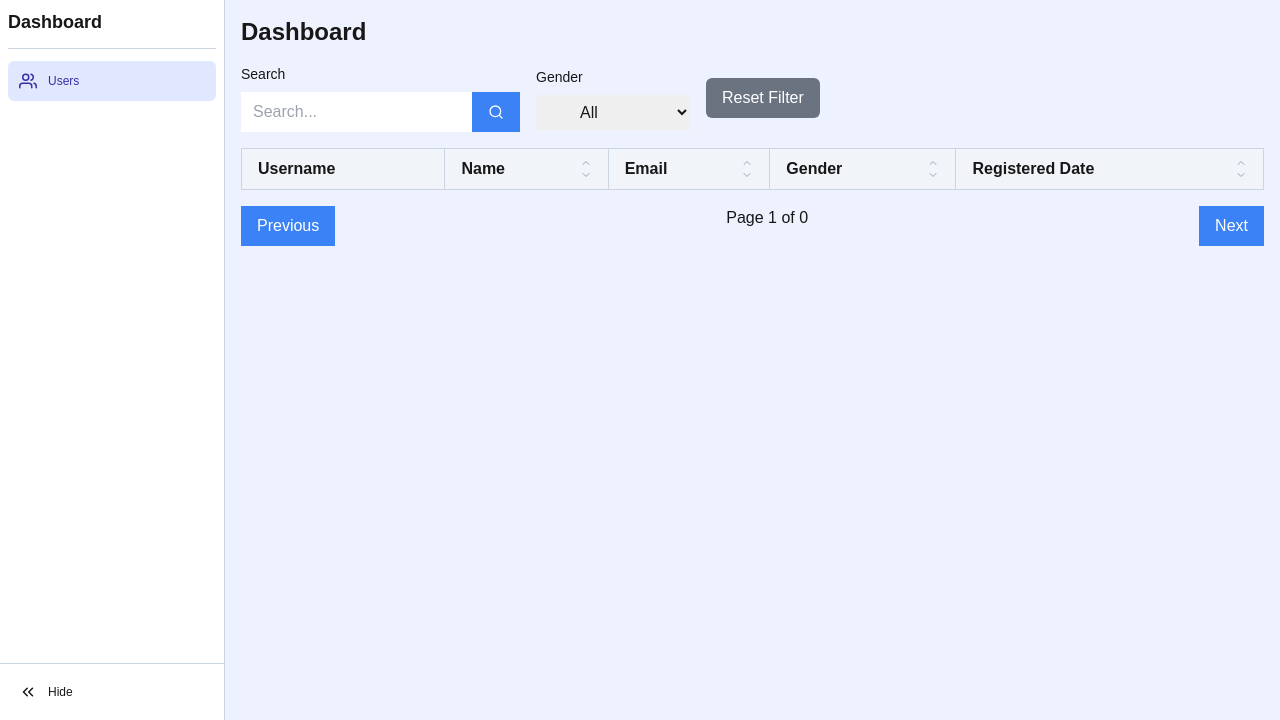
Repository: Ademaulana100499/userdashboard
Page: /
These files come from the project's save history. The page is drawn as it stood at one moment and after the next save; the edit follows.
The browser window is 1280 px wide. The pictures show the whole page.
The page's requests for data from a server got no answer. The project was rebuilt for these pictures with package versions that can differ from the ones it lists, and the page was loaded fresh each time. The framework's server and built-in components were replaced by stand-ins that run in the browser. No one was signed in, and anything a server would have sent is missing. Also part of the build but not shown: next.config.mjs.

Above is the page before, as saved 2025-02-14 21:59:13.

After the next save:
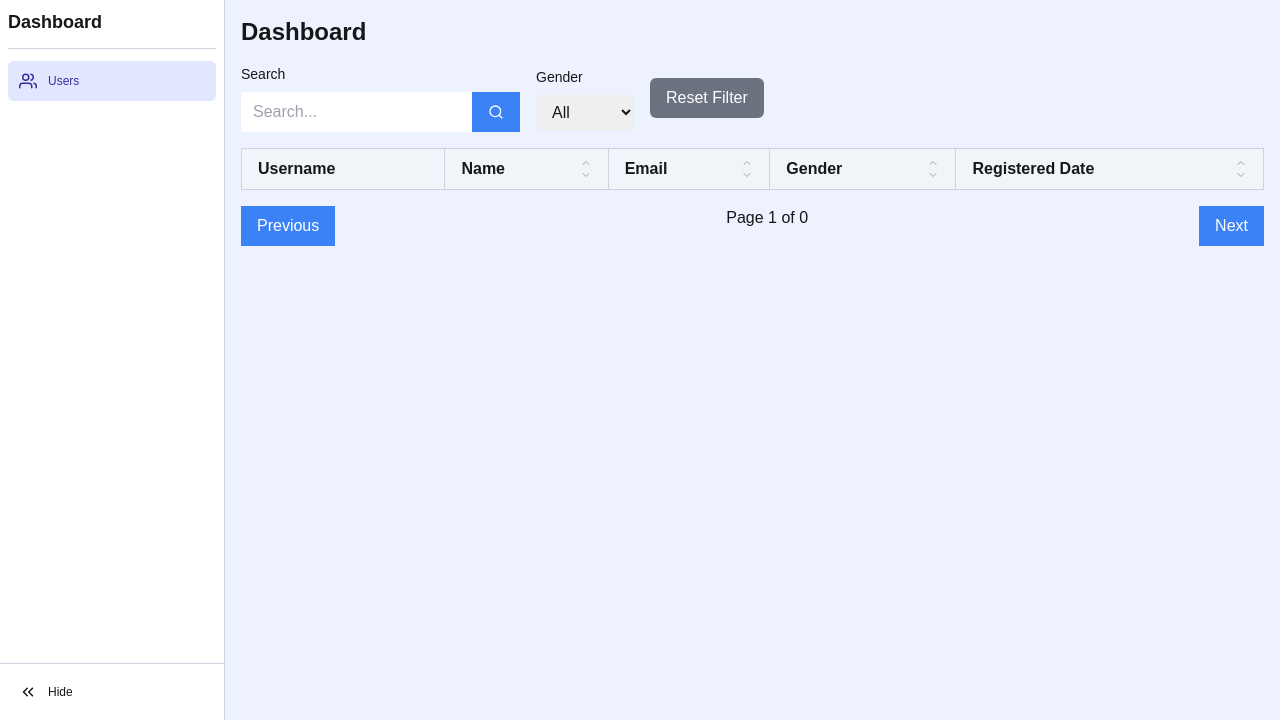
Saved 45 s later.
--- a/src/components/DashboardContent.jsx
+++ b/src/components/DashboardContent.jsx
@@ -134,7 +134,7 @@
             id="gender"
             value={selectedGender}
             onChange={(e) => handleGenderFilter(e.target.value)} // Update gender filter
-            className="text-left px-10 py-2">
+            className="px-3 py-2 text-left">
             <option value="all">All</option>
             <option value="male">Male</option>
             <option value="female">Female</option>

After the save that followed:
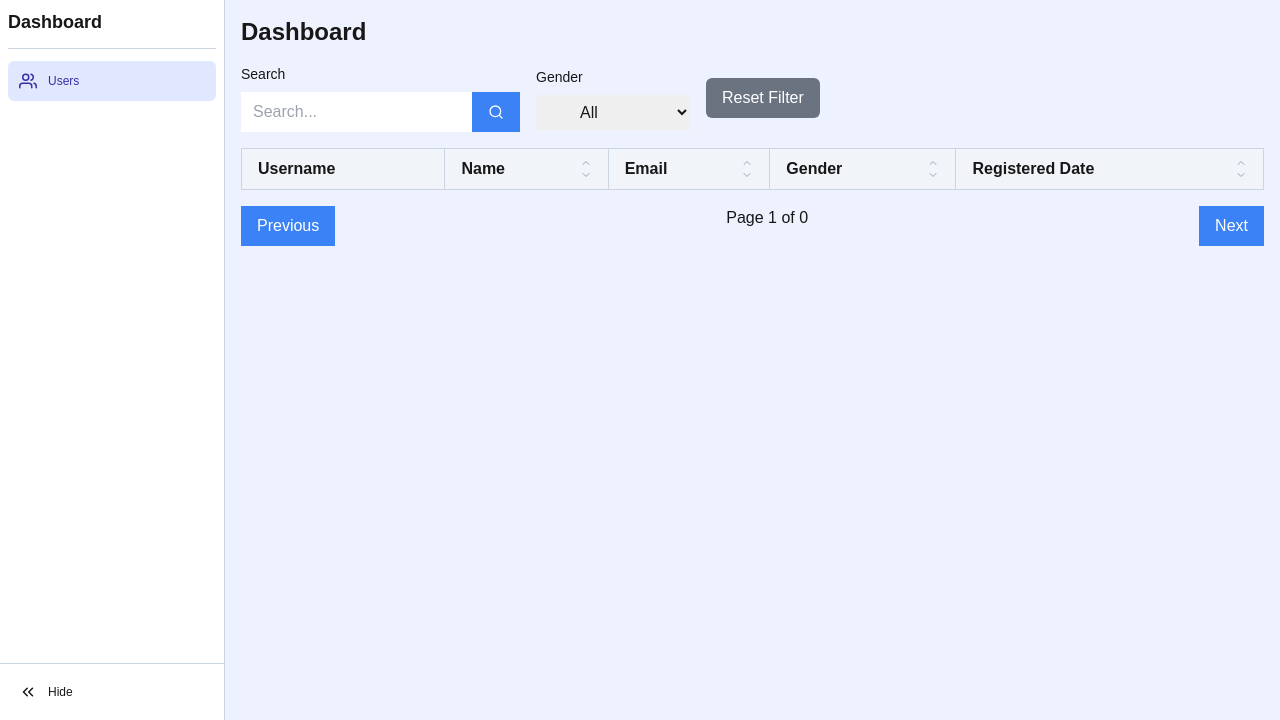
Saved 15 s later.
--- a/src/components/DashboardContent.jsx
+++ b/src/components/DashboardContent.jsx
@@ -134,7 +134,7 @@
             id="gender"
             value={selectedGender}
             onChange={(e) => handleGenderFilter(e.target.value)} // Update gender filter
-            className="px-3 py-2 text-left">
+            className="px-10 py-2 text-left">
             <option value="all">All</option>
             <option value="male">Male</option>
             <option value="female">Female</option>
